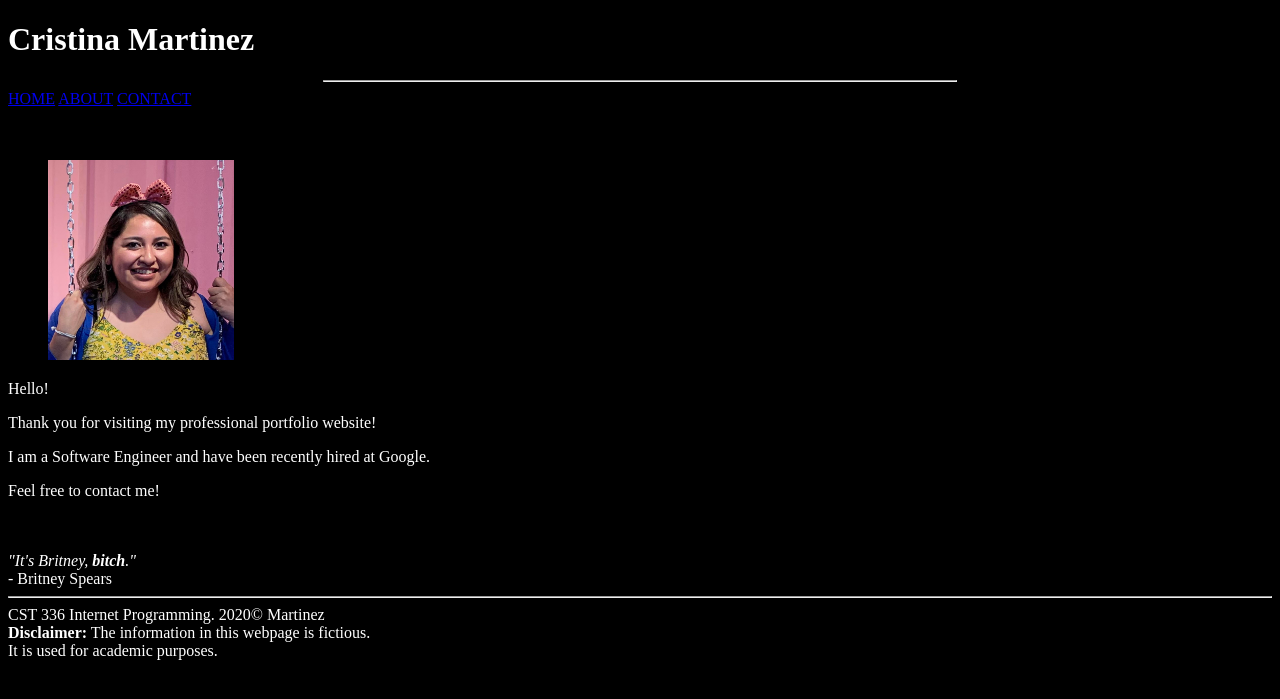
Repository: ctm93/Website1
Page: http://localhost/
The author's editor kept a record of every edit. The page is drawn from the files as they stood at one moment, then again after the next edit.
The browser window is 1280 px wide. The pictures show the whole page.
The page is run by PHP 8.4 with error messages shown; the project is at /var/www/html/.

Above is the page before.

After the next edit:
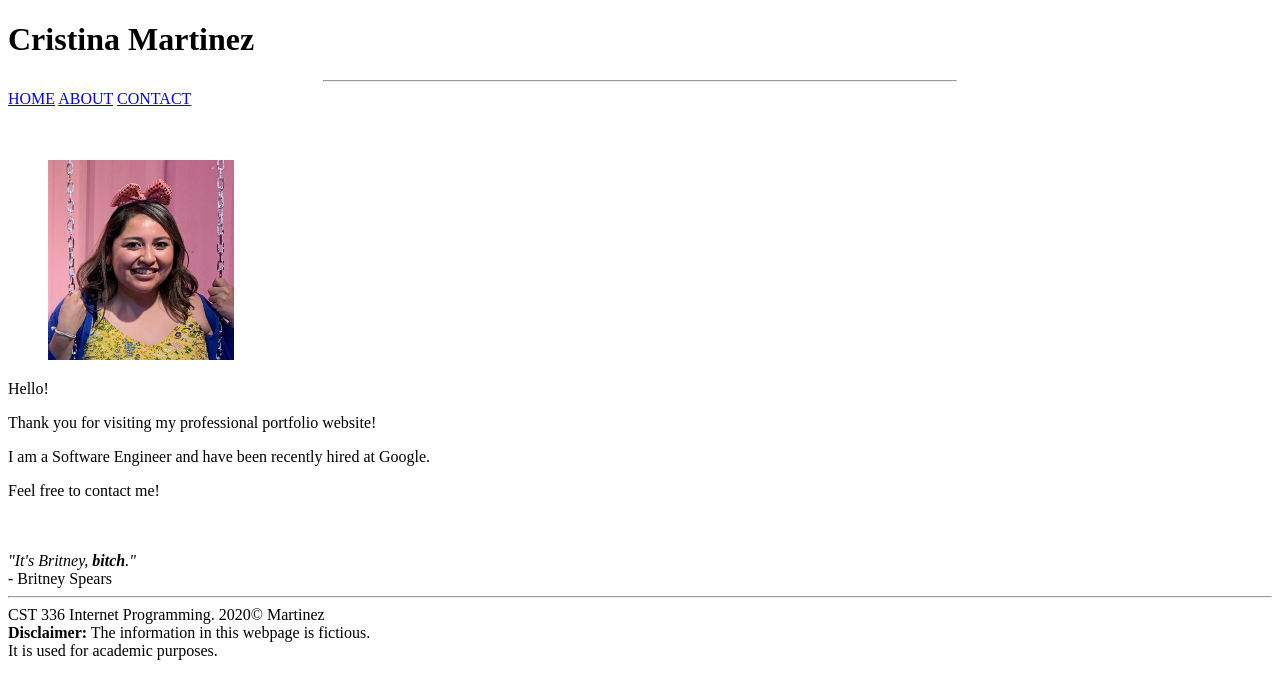
The edit:
--- a/index.php
+++ b/index.php
@@ -28,7 +28,6 @@
 
     <!-- This is the body -->
     <!-- This is where we place the content of our website -->
-    <body style="background-color:black; color:white">
 
     <header>
         <h1> Cristina Martinez </h1>
